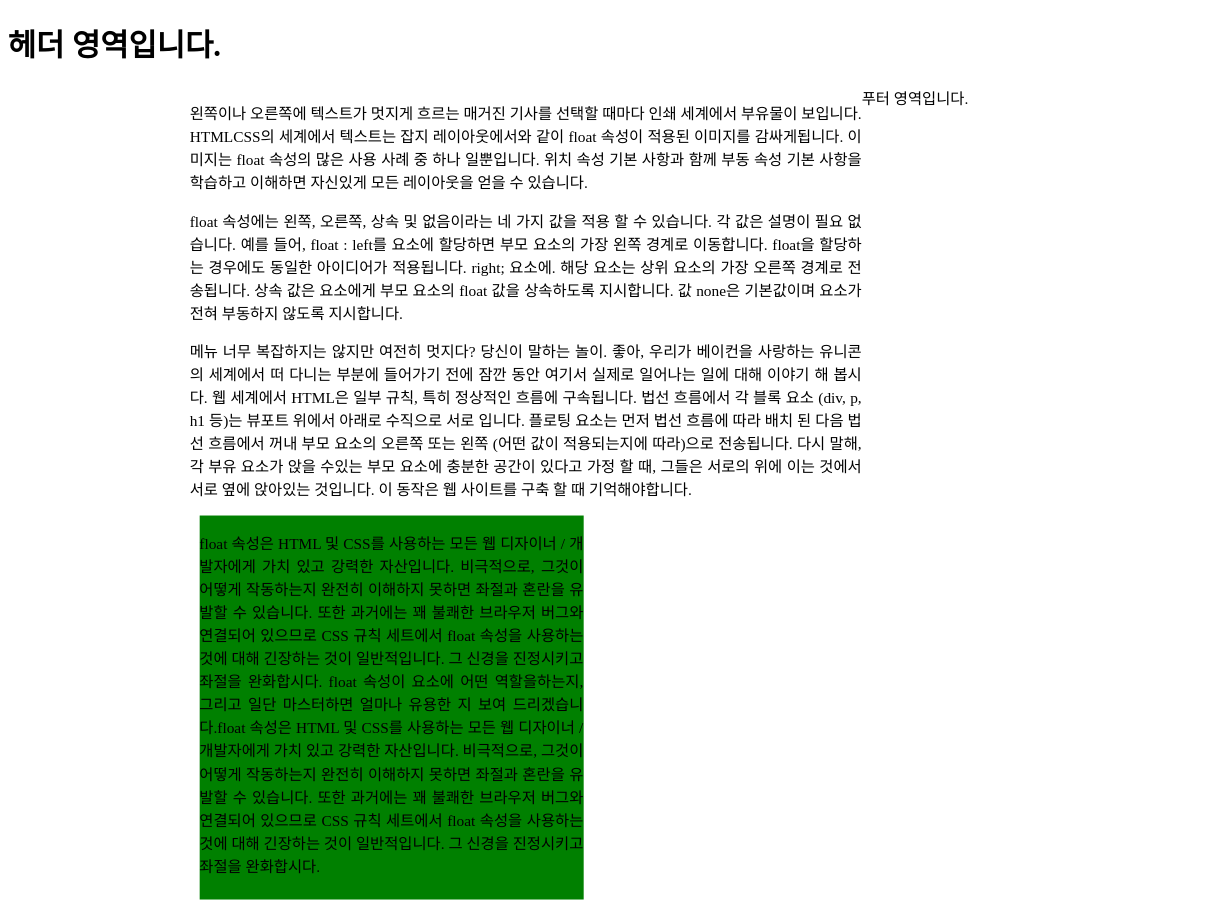
Repository: insunkang/JSP
Page: clientweb/WebContent/css/layout_exam01.html
An editor plug-in stored every save of this project. The page is shown before and after the next save, followed by the edit.
The browser window is 1280 px wide. The pictures show the whole page, at 96% of full size.

Above is the page before, as saved 2020-01-06 02:38:05.

### clientweb/WebContent/css/layout_exam01.html
<!DOCTYPE html>
<html>
<head>
	<title>New Document</title>
	<style type="text/css">
		#outer{
			width: 70%;
			margin-left: auto;
			margin-right: auto;
			text-align: justify;
		}
		#left{
			width: 700px;
			float: left;
		}
		#right{
			margin-left: 10px;
			width: 400px;
			height: 400px;
			float: left;
			background-color: green;
			overflow:auto;
		}
	</style>

</head>
<body>
	<div>
		<h1>헤더 영역입니다.</h1>
	</div>
	<div id="outer">
	<div id="left">


			<p>왼쪽이나 오른쪽에 텍스트가 멋지게 흐르는 매거진 기사를 선택할 때마다 인쇄 세계에서 부유물이 보입니다.
				HTMLCSS의 세계에서 텍스트는 잡지 레이아웃에서와 같이 float 속성이 적용된 이미지를 감싸게됩니다. 이미지는 float
				속성의 많은 사용 사례 중 하나 일뿐입니다. 위치 속성 기본 사항과 함께 부동 속성 기본 사항을 학습하고 이해하면 자신있게
				모든 레이아웃을 얻을 수 있습니다.</p>

			<p>float 속성에는 왼쪽, 오른쪽, 상속 및 없음이라는 네 가지 값을 적용 할 수 있습니다. 각 값은 설명이 필요
				없습니다. 예를 들어, float : left를 요소에 할당하면 부모 요소의 가장 왼쪽 경계로 이동합니다. float을
				할당하는 경우에도 동일한 아이디어가 적용됩니다. right; 요소에. 해당 요소는 상위 요소의 가장 오른쪽 경계로 전송됩니다.
				상속 값은 요소에게 부모 요소의 float 값을 상속하도록 지시합니다. 값 none은 기본값이며 요소가 전혀 부동하지 않도록
				지시합니다.</p>

			<p>메뉴 너무 복잡하지는 않지만 여전히 멋지다? 당신이 말하는 놀이. 좋아, 우리가 베이컨을 사랑하는 유니콘의 세계에서
				떠 다니는 부분에 들어가기 전에 잠깐 동안 여기서 실제로 일어나는 일에 대해 이야기 해 봅시다. 웹 세계에서 HTML은 일부
				규칙, 특히 정상적인 흐름에 구속됩니다. 법선 흐름에서 각 블록 요소 (div, p, h1 등)는 뷰포트 위에서 아래로
				수직으로 서로 입니다. 플로팅 요소는 먼저 법선 흐름에 따라 배치 된 다음 법선 흐름에서 꺼내 부모 요소의 오른쪽 또는 왼쪽
				(어떤 값이 적용되는지에 따라)으로 전송됩니다. 다시 말해, 각 부유 요소가 앉을 수있는 부모 요소에 충분한 공간이 있다고
				가정 할 때, 그들은 서로의 위에 이는 것에서 서로 옆에 앉아있는 것입니다. 이 동작은 웹 사이트를 구축 할 때
				기억해야합니다.</p>
	</div>
	<div id="right">

		<p>float 속성은 HTML 및 CSS를 사용하는 모든 웹 디자이너 / 개발자에게 가치 있고 강력한 자산입니다.
				비극적으로, 그것이 어떻게 작동하는지 완전히 이해하지 못하면 좌절과 혼란을 유발할 수 있습니다. 또한 과거에는 꽤 불쾌한
				브라우저 버그와 연결되어 있으므로 CSS 규칙 세트에서 float 속성을 사용하는 것에 대해 긴장하는 것이 일반적입니다. 그
				신경을 진정시키고 좌절을 완화합시다. float 속성이 요소에 어떤 역할을하는지, 그리고 일단 마스터하면 얼마나 유용한 지
				보여 드리겠습니다.float 속성은 HTML 및 CSS를 사용하는 모든 웹 디자이너 / 개발자에게 가치 있고 강력한 자산입니다.
				비극적으로, 그것이 어떻게 작동하는지 완전히 이해하지 못하면 좌절과 혼란을 유발할 수 있습니다. 또한 과거에는 꽤 불쾌한
				브라우저 버그와 연결되어 있으므로 CSS 규칙 세트에서 float 속성을 사용하는 것에 대해 긴장하는 것이 일반적입니다. 그
				신경을 진정시키고 좌절을 완화합시다. </p>
	</div>

	</div>
	<div>
		<p>푸터 영역입니다.</p>
	</div>
</body>
</html>

After the next save:
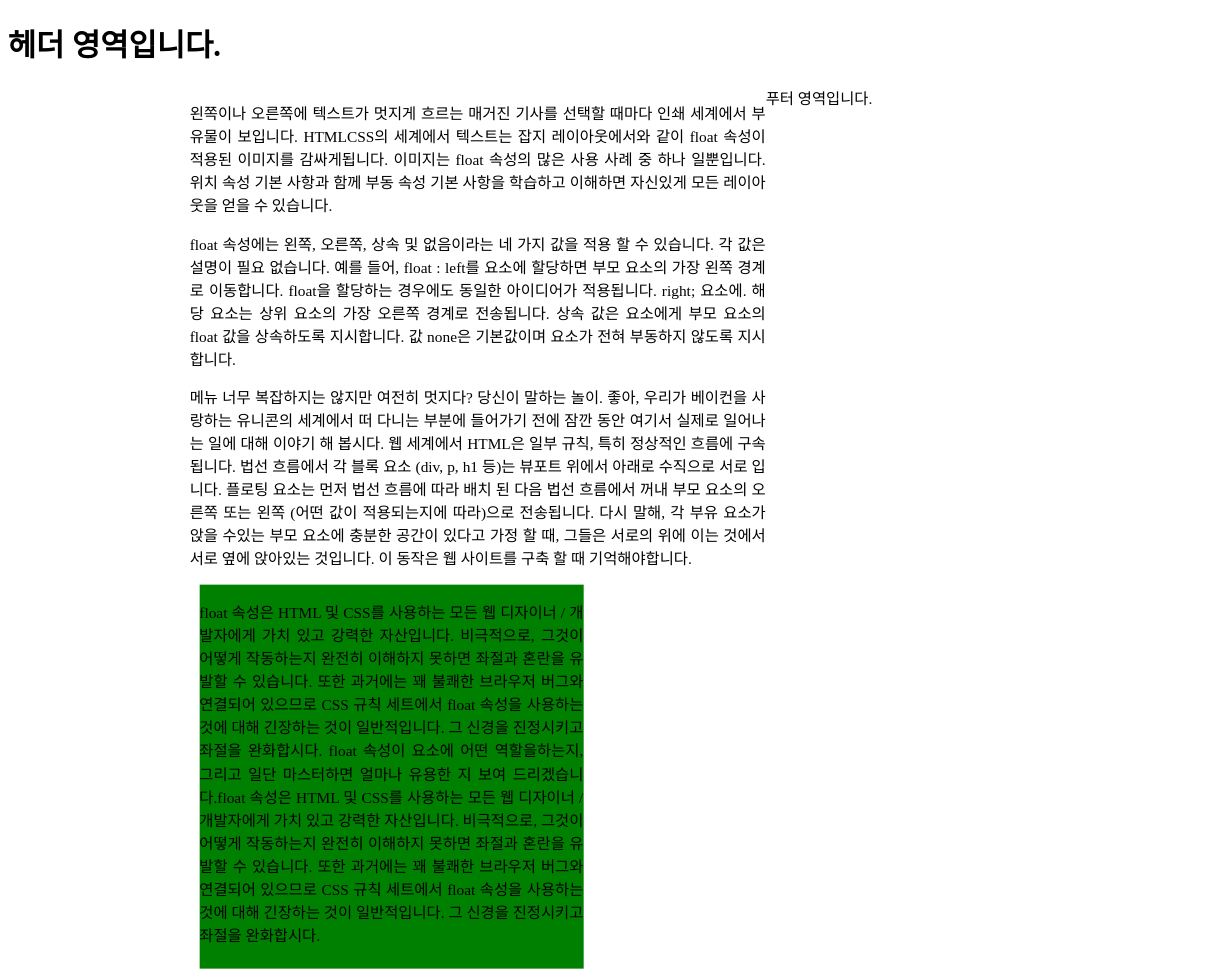
Saved 11 s later.
--- a/clientweb/WebContent/css/layout_exam01.html
+++ b/clientweb/WebContent/css/layout_exam01.html
@@ -10,7 +10,7 @@
 			text-align: justify;
 		}
 		#left{
-			width: 700px;
+			width: 600px;
 			float: left;
 		}
 		#right{
